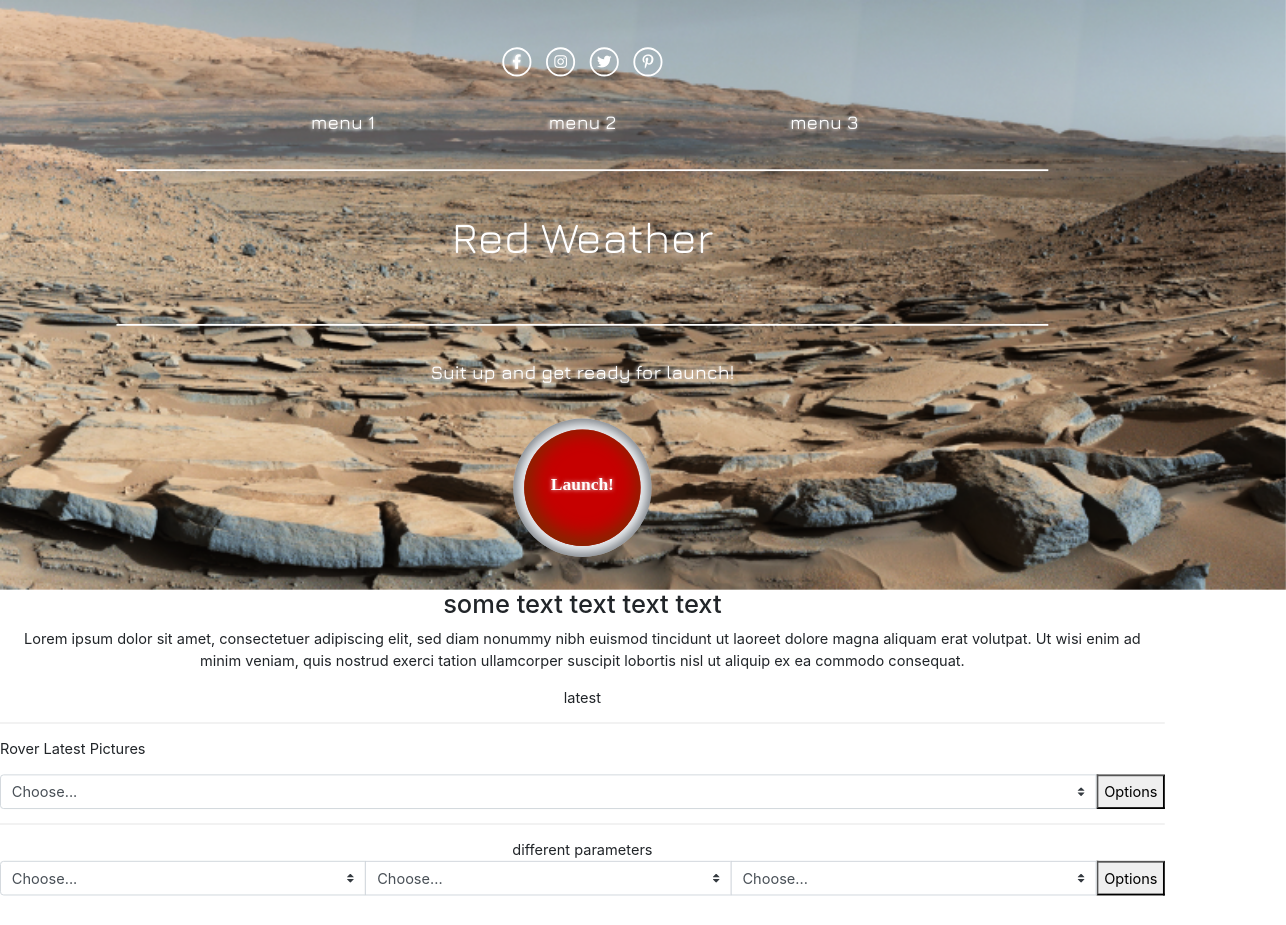
Repository: romqrq/Red-Planet-Explorer
Page: index.html
The author's editor kept a record of every edit. The page is drawn from the files as they stood at one moment, then again after the next edit.
The browser window is 1280 px wide. The page is 1413 px wide, so the pictures cover 1413 px, including what lies to the right of the window. The pictures show the whole page, at 91% of full size.
Some web fonts or font styles are not loaded; a fallback is used. Some web libraries are served in a nearby version.

Above is the page before.

After the next edit:
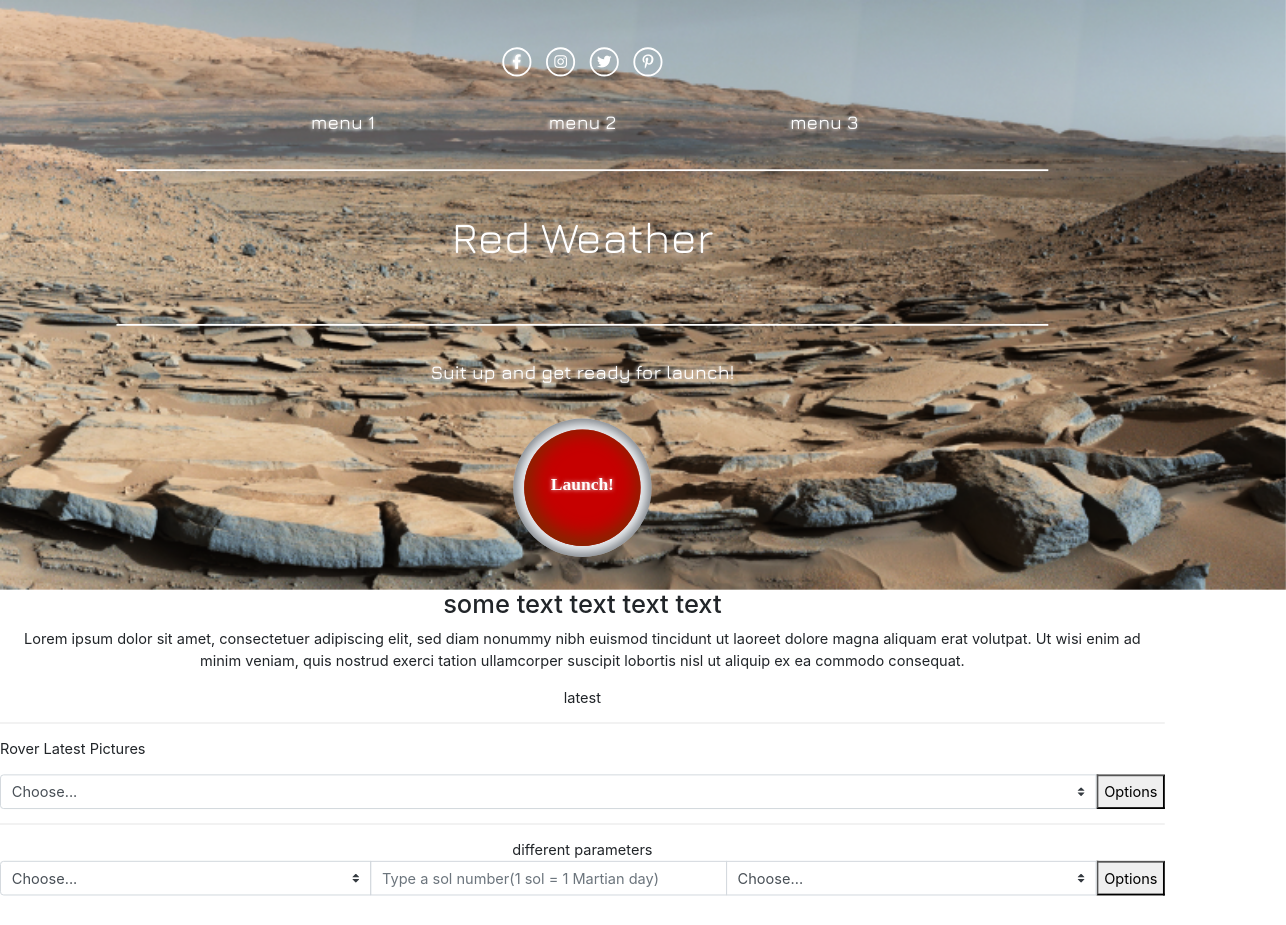
The edit:
--- a/index.html
+++ b/index.html
@@ -135,12 +135,13 @@
             <option value="spirit">Spirit</option>
             <option value="opportunity">Opportunity</option>
         </select>
-            <select class="custom-select" id="inputSolNumber">
-          <option selected>Choose...</option>
-          <option value="500">500</option>
-          <option value="1000">1000</option>
-          <option value="1500">1500</option>
-        </select>
+        <input type="text" class="form-control" id="solTextInput" placeholder="Type a sol number(1 sol = 1 Martian day)">
+<!--    <select class="custom-select" id="inputSolNumber">-->
+        <!--  <option selected>Choose...</option>-->
+        <!--  <option value="500">500</option>-->
+        <!--  <option value="1000">1000</option>-->
+        <!--  <option value="1500">1500</option>-->
+        <!--</select>-->
             <select class="custom-select" id="inputCamName">
           <option selected>Choose...</option>
           <option value="fhaz">FHAZ</option>
